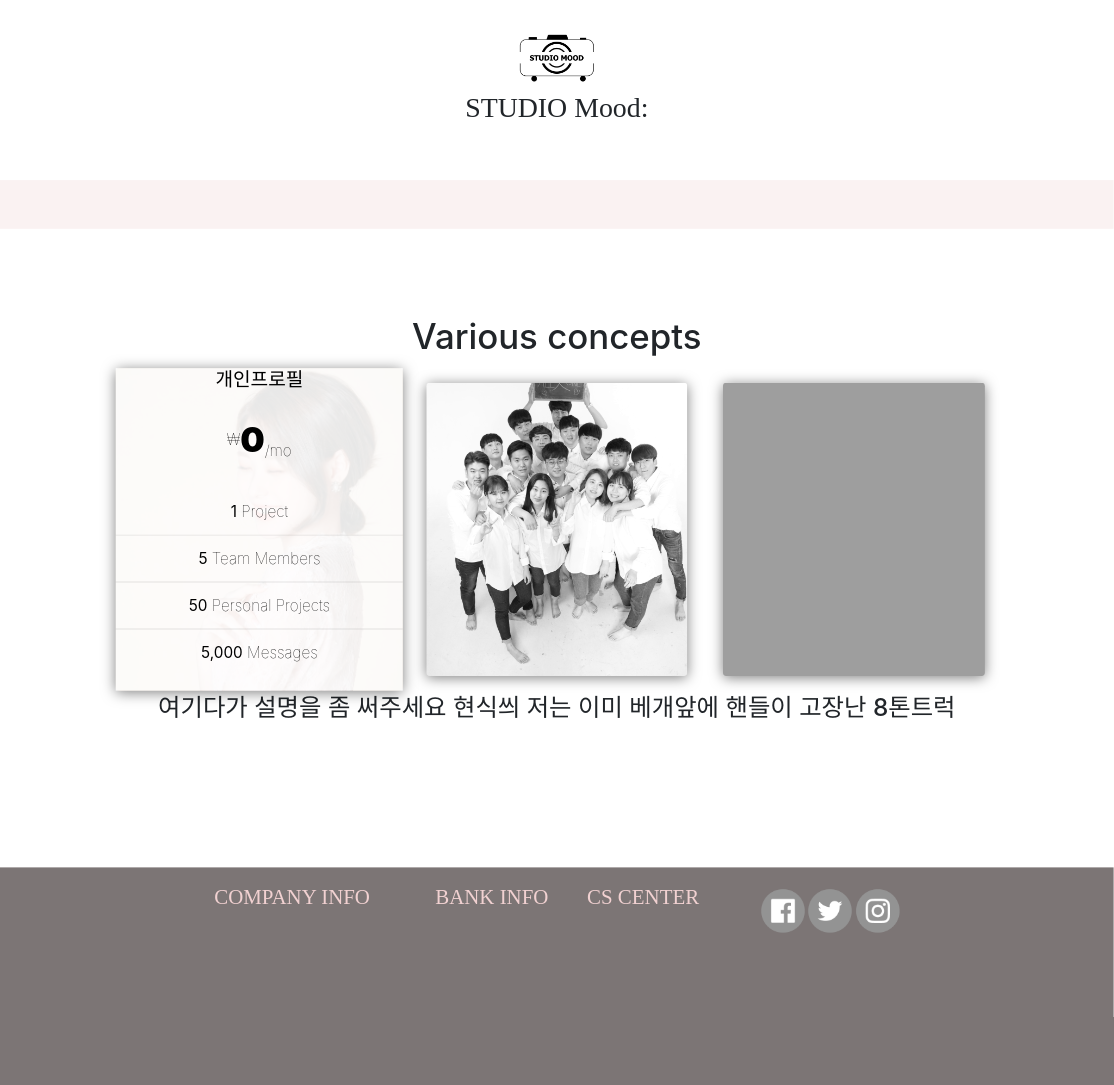
Repository: seugju/HSDsemi
Page: http://localhost/studioMood/views/product/product.jsp
These files come from the project's save history. The page is drawn as it stood at one moment and after the next save; the edit follows.
The browser window is 1280 px wide. The pictures show the whole page, at 87% of full size.
The pointer rests on the first visible `#indiv`.
Pictures or frames that could not be fetched are drawn as grey boxes. Some web fonts or font styles are not loaded; a fallback is used. The page is served by Tomcat 9. Other server files are loaded and not shown.

Above is the page before, as saved 2020-12-02 16:21:42.

### project-workspace/studioMood/WebContent/views/product/product.jsp
<%@ page language="java" contentType="text/html; charset=UTF-8"
    pageEncoding="UTF-8"%>
<!DOCTYPE html PUBLIC "-//W3C//DTD HTML 4.01 Transitional//EN" "http://www.w3.org/TR/html4/loose.dtd">
<html>
<head>
<meta http-equiv="Content-Type" content="text/html; charset=UTF-8">
<title>Insert title here</title>
</head>
<style>
	@import url('https://fonts.googleapis.com/css?family=Open+Sans');

* {
	box-sizing: border-box;
}

body {
	background-color: #f6f5f7;
	font-family: 'Open Sans', sans-serif;
	margin-bottom: 50px;
}

.text-center {
	text-align: center;
}

.pricing-box-container {
	display: flex;
	align-items: center;
	justify-content: center;
	flex-wrap: wrap;
}

.pricing-box {
	background-color: #ffffff;
	box-shadow: 0px 2px 15px 0px rgba(0,0,0,0.5);
	border-radius: 4px;
	flex: 1;
	padding: 0 30px 30px;
	margin: 2%;
	min-width: 250px;
	max-width: 350px;
}

.pricing-box h5 {
	text-transform: uppercase;
}

.price {
	margin: 24px 0;
	font-size: 36px;
	font-weight: 900;
}

.price sub, .price sup {
	font-size: 16px;
	font-weight: 100;
}

.features-list {
	padding: 0;
	list-style-type: none;
}

.features-list li {
	font-weight: 100;
	padding: 12px 0;
	font-weight: 100;
}

.features-list li:not(:last-of-type) {
	border-bottom: 1px solid rgba(0, 0, 0, 0.1);
}

.btn-primary {
	border-radius: 25px;
	border: none;
	background-color: #EC1362;
	color: #ffffff;
	cursor: pointer;
	padding: 10px 15px;
	margin-top: 20px;
	text-transform: uppercase;
	transition: all 0.1s ease-in-out;
}

.btn-primary:hover {
	box-shadow: 0px 2px 15px 0px rgba(0,0,0,0.5);
	transform: translateY(-3px);
}

.pricing-box-bg-image {
	background-image: url('');
	background-size: cover;
	background-position: center center;
	color: #ffffff;
}

.pricing-box-bg-image .features-list li {
	border-bottom-color: rgba(255, 255, 255, 1);
}

.pricing-box-bg-image .btn-primary {
	background-color: #ffffff;
	color: #000;
}


.explain-product{
	width:100%;
	height:100px;
	text-align:center;
}
.explain-product h2{

}
.explain-content{
	width:80vw;
	height:auto;
	padding-top:100px;
	padding-bottom:100px;
	margin-top:100px;
	margin-bottom:100px;
	margin:0 auto;

}
.features-list:hover{
	 -webkit-transform: scale(1.02);
          transform: scale(1.02);
}
.pricing-box:hover{
	 -webkit-transform: scale(1.1);
          transform: scale(1.1);
}
.pricing-box{
	-webkit-transition: all 0.4s ease-in-out;
  transition: all 0.4s ease-in-out;

}
.pricing-box h5,p,ul{
	opacity:0;
}


#indiv{
padding:0px;
background-image: url('/img/indivisual.jpg');
	background-size: cover;
   background-position: center center;
}
#group{
padding:0px;
background-image: url('/img/GROUP_PICTURE.jpg');
	background-size: cover;
   background-position: center center;
}
#body{
padding:0px;
background-image: url('/img/BODY_PROFILE.png');
	background-size: cover;
   background-position: center center;
}
.pricing-box:hover h5{
	opacity:1;
}
.pricing-box:hover p{
	opacity:1;
}
.pricing-box:hover ul{
	opacity:1;
}
.opacity-div{

	width:100%;
	height:337px;
	color: black;
}
#indiv:hover .opacity-div{
	background-color: rgba(255,255,255,0.9);
}
#group:hover .opacity-div{
	background-color: rgba(255,255,255,0.7);
}
#body:hover .opacity-div{
	background-color: rgba(255,255,255,0.7);
}
</style>
<body>
<%@ include file="/WEB-INF/views/common/header.jsp" %>

<div class="explain-content">
	<h1 class="text-center">
Various concepts
</h1>

<div class="pricing-box-container">
	<div id="indiv" class="pricing-box text-center">
	<div class="opacity-div">
		<h5>개인프로필</h5>
		<p class="price"><sup>₩</sup>0<sub>/mo</sub></p>
		<ul class="features-list">
			<li><strong>1</strong> Project</li>
			<li><strong>5</strong> Team Members</li>
			<li><strong>50</strong> Personal Projects</li>
			<li><strong>5,000</strong> Messages</li>
		</ul>
		</div>
	</div>

	<div id="group" class="pricing-box text-center">
	<div class="opacity-div">
		<h5>단체프로필</h5>
		<p class="price"><sup>₩</sup>10000</p>
		<ul class="features-list">
			<li><strong>1</strong> Project</li>
			<li><strong>5</strong> Team Members</li>
			<li><strong>50</strong> Personal Projects</li>
			<li><strong>5,000</strong> Messages</li>
		</ul>
		</div>
	</div>

	<div id="body" class="pricing-box text-center">
	<div class="opacity-div">
		<h5>바디프로필</h5>
		<p class="price"><sup>₩</sup>89<sub>/mo</sub></p>
		<ul class="features-list">
			<li><strong>25</strong> Project</li>
			<li><strong>50</strong> Team Members</li>
			<li><strong>500</strong> Personal Projects</li>
			<li><strong>50,000</strong> Messages</li>
		</ul>

	</div>
	</div>
	<div class="explain-product">
		<h3>여기다가 설명을 좀 써주세요 현식씌  저는 이미 베개앞에 핸들이 고장난 8톤트럭 </h3>
	</div>
</div>

</div>
<%@ include file="/WEB-INF/views/common/footer.jsp" %>
</body>

</html>

### project-workspace/studioMood/WebContent/WEB-INF/views/common/header.jsp
<%@page import="member.model.vo.Member"%>
<%@ page language="java" contentType="text/html; charset=UTF-8"
    pageEncoding="UTF-8"%>
    <%
    	Member m = (Member)session.getAttribute("loginMember");
    %>
<!DOCTYPE html PUBLIC "-//W3C//DTD HTML 4.01 Transitional//EN" "http://www.w3.org/TR/html4/loose.dtd">
<html>
<head>
<meta http-equiv="Content-Type" content="text/html; charset=UTF-8">
<title>Insert title here</title>

<script type="text/javascript" src="http://code.jquery.com/jquery-3.3.1.js"></script>
    <link rel="stylesheet" href="https://maxcdn.bootstrapcdn.com/bootstrap/4.5.2/css/bootstrap.min.css">
    <script src="https://ajax.googleapis.com/ajax/libs/jquery/3.5.1/jquery.min.js"></script>
    <script src="https://cdnjs.cloudflare.com/ajax/libs/popper.js/1.16.0/umd/popper.min.js"></script>
    <script src="https://maxcdn.bootstrapcdn.com/bootstrap/4.5.2/js/bootstrap.min.js"></script>

     <style>
    	 @font-face {
            font-family: 'S-CoreDream-4Regular';
            src: url('https://cdn.jsdelivr.net/gh/projectnoonnu/noonfonts_six@1.2/S-CoreDream-4Regular.woff') format('woff');
            font-weight: normal;
            font-style: normal;
        }

		@font-face {
		    font-family: 'Cafe24Danjunghae';
		    src: url('https://cdn.jsdelivr.net/gh/projectnoonnu/noonfonts_twelve@1.1/Cafe24Danjunghae.woff') format('woff');
		    font-weight: normal;
		    font-style: normal;
		}

		@font-face {
		    font-family: 'KCC-eunyoung';
		    src: url('https://cdn.jsdelivr.net/gh/projectnoonnu/noonfonts_one@1.0/KCC-eunyoung-Regular.woff') format('woff');
		    font-weight: normal;
		    font-style: normal;
		}
        header{
            width: 100vw;
            z-index: 0;
        }

        .navbar {
            display: block;
            background-color: #faf2f2;
            margin: 0 auto;
            z-index : 2;
        }

        .logo {
            margin: 0 auto;
            width: 500px;
            text-align: center;
        }
        .logo >h2{
         	font-family: 'Cafe24Danjunghae';
         }

        .logo>p{
        	 font-family: 'KCC-eunyoung';
        	 font-size: 20pt;
        }

        .navi-menu,
        .navi-menu-top {
            /* menu ul */
            list-style: none;
            text-align: center;

        }

        .navi-menu-top {
            float: right;
        }

        .navi-menu {
            margin: 0 auto;
            width: 680px;
            height: 40px;
        }

        .navi-menu>li {
            width: 125px;
            margin: 0 auto;
        }

        .navi-menu li>a {
            width: 100%;
            height: 30px;
            box-sizing: border-box;
            text-align: center;
            display: block;
            float: left;
        }
        .nav-link {
            color: #373a40;
            font-weight: bold;

        }
        .nav-link:hover{
        	color:#f1d1d1  ;
        }


        .navi-menu-top {
            display: inline-block;
        }

        .nav-top {
     	   	font-family: 'S-CoreDream-4Regular';
            width: 1200px;
            float: right;
            padding-right: 30px;
        }

        .navi-menu-top li {
            width: 80px;
            height: 30px;
            float: left;
        }

        .navi-menu-top li>a {
            width: 100%;
            height: 100%;
            display: inline-block;
            font-size: 9pt;
            line-height: 30px;
            color: #373a40;
        }
        .subMenu {
            margin-top: 10px;
            padding: 0;
            list-style-type: none;
            display :none;
             z-index : 1;
        }

		.subMenu>li {
            background-color: rgba(250,242,242,0.8);
        }

        .subMenu li>a {
            margin: 0;
            padding: 0;
            font-size: 10pt;
            display: inline-block;
            width: 125px;
            float: none;
            color: #373a40;

            /*transition-duration: 1s;*/
        }

        .subMenu>li:first-child>a {
            margin-top: 20px;
       	 }

           a{
		      text-decoration: none;
		      color:black;
		   }
		   a:hover{
		      text-decoration: none;
		      color:#e6d1d8;
		   }

        .subMenu{
            margin: 0;
            padding: 0;
            list-style-type: none;
            transition-duration: 2s;
        }
        .subMenu li>a{
            margin: 0;
            padding: 0;
            display: inline-block;
            width: 125px;
            float: none;
        }
        .subMenu>li:first-child>a {
            margin-top: 30px;
        }
        .subMenu li>a:hover {
       		color:#968c83;
           font-weight: bold;
        }

    </style>

        <script>
         $(document).ready(function() {
            var subMenu = $(".subMenu");
            subMenu.hide();
            var navMenu = $(".navi-menu>li>a");
            var idx = navMenu.index();

             $(".navi-menu>li>a").click(function() {
                $(this).next().stop().slideToggle(300);
            });


        });


    </script>
</head>
<body>

     <div class="nav-top">
     <%if(m != null) { //로그인 된 상태%>
     	<ul class="navbar-nav navi-menu-top" id="login-nav">
            <li>
                <a class="nav-top-link" href="/logout">로그아웃</a>
            </li>
            <li>
            <%if(m.getMemberLevel() == 0) {%>
                <a class="nav-top-link" href="/adminPage">관리자페이지</a>
            <%}else{ %>
                <a class="nav-top-link" href="/myPage?memberId=<%=m.getMemberId()%>">마이페이지</a>
            <%} %>
            </li>
        </ul>
     <%}else { %>
     	<ul class="navbar-nav navi-menu-top" id="logout-nav">
            <li>
                <a class="nav-top-link" href="/views/member/login.jsp">로그인</a>
            </li>
            <li>
                <a class="nav-top-link" href="/views/member/join.jsp">회원가입</a>
            </li>
        </ul>
     <%} %>
    </div>

    <div class="container-fluid">
        <br>
        <div class="logo">
            <img src="/img/logo.png" width="100px;" onclick="location.href = '/'">
            <h2>STUDIO Mood:</h2>
            <p>감성을 담는 사진관 </p>
        </div>
    </div>

   <nav class="navbar navbar-expand-sm sticky-top">
        <ul class="navbar-nav navi-menu">
            <li class="nav-item">
                <a class="nav-link" href="#">about</a>

                <ul class="subMenu">
                    <li><a class="nav-link sub-nav-item" href="/about">studio 'mood'</a></li>

                </ul>
            </li>
            <li class="nav-item">
                <a class="nav-link" href="/views/product/product.jsp">product</a>
            </li>
            <li class="nav-item">
                <a class="nav-link" href="#">gallery</a>
                <ul class="subMenu">
                    <li><a class="nav-link sub-nav-item" href="#">개인프로필</a></li>
                    <li><a class="nav-link sub-nav-item" href="#">바디프로필</a></li>
                    <li><a class="nav-link sub-nav-item" href="#">단체프로필</a></li>
                </ul>
            </li>
            <li class="nav-item">
                <a class="nav-link" href="#">reservation</a>
                <ul class="subMenu">
                    <li><a class="nav-link sub-nav-item" href="/test">예약</a></li>
                    <li><a class="nav-link sub-nav-item" href="/searchReserve">예약확인</a></li>
                </ul>
            </li>
            <li class="nav-item">
                <a class="nav-link" href="#">board</a>
                <ul class="subMenu">
                    <li><a class="nav-link sub-nav-item" href="/noticeList?reqPage=1">공지사항</a></li>
                    <li><a class="nav-link sub-nav-item" href="/qnaList?reqPage=1">QnA</a></li>
                    <li><a class="nav-link sub-nav-item" href="/postList?reqPage=1">후기</a></li>
                    <li><a class="nav-link sub-nav-item" href="/faqList?reqPage=1">FAQ</a></li>
                </ul>
            </li>
        </ul>
    </nav>


</body>
</html>

### project-workspace/studioMood/WebContent/WEB-INF/views/common/footer.jsp
<%@ page language="java" contentType="text/html; charset=UTF-8"
    pageEncoding="UTF-8"%>
<!DOCTYPE html PUBLIC "-//W3C//DTD HTML 4.01 Transitional//EN" "http://www.w3.org/TR/html4/loose.dtd">
<html>
<head>
<meta http-equiv="Content-Type" content="text/html; charset=UTF-8">
<title>Insert title here</title>

<style>
		 @font-face {
            font-family: 'S-CoreDream-4Regular';
            src: url('https://cdn.jsdelivr.net/gh/projectnoonnu/noonfonts_six@1.2/S-CoreDream-4Regular.woff') format('woff');
            font-weight: normal;
            font-style: normal;
        }

        @font-face {
            font-family: 'S-CoreDream-5Medium';
            src: url('https://cdn.jsdelivr.net/gh/projectnoonnu/noonfonts_six@1.2/S-CoreDream-5Medium.woff') format('woff');
            font-weight: normal;
            font-style: normal;
        }
        .footer{
            background-color: rgb(124, 117, 117);
            text-align: center;

            height: 250px;
            margin: 0;
            padding: 0;
            z-index: 0;
        }
        .footerBox{
            margin: 20px;
            text-align: left;
            display: inline-block
        }
        .footerBox >h2{
       		font-family: 'S-CoreDream-5Medium';
            color: rgb(241, 209, 209);
            font-size: 18pt;
        }
        .footerBox>p{
        	font-family: 'S-CoreDream-4Regular';
        	font-size: 9pt;
            color: rgb(241, 238, 238);
        }
        .footer-top,
        .footer-bottom{
        	margin : 0 auto;
            width: 1198px;
        }
        .footer-bottom>p{
          color: rgba(241, 238, 238, 0.8);
          font-size: 10pt;
        }
        .icon{

        }
        .icon>img{

            width: 50px;
        }
    </style>
</head>
<body>
 <footer>
       <div class="footer">
           <div class="footer-top">
                <div class="footerBox company-info" width:310px;>
                <h2>COMPANY INFO</h2>
                <p>
                    Company : 스튜디오무드 <br>
                    Business-License : 888-999-33333<br>
                    Tel: 02-3333-5555<br>
                    Email : mood_studio@gmail.com<br>
                    Addr : 서울특별시 강남구 사진관로 34번길<br>
                </p>
            </div>
            <div class="footerBox bank-info" width:180px;>
                <h2>BANK INFO</h2>
                <p>
                    농협 : 333-8888-5555-44 <br>
                    국민 : 888999-01-33333<br><br>
                    예금주: 스튜디오 분위기<br><br>

                </p>
            </div>
            <div class="footerBox cs" width:230px;>
                <h2>CS CENTER</h2>
                <p>
                    tel : 010-2222-5555 <br>
                    mail : mood_studio@gmail.com<br><br><br><br>
                </p>
            </div>
           <div class="footerBox icon" width:130px;>
               <img src="/img/Facebook_1.png">
               <img src="/img/Twitter_1.png">
               <img src="/img/Instagram_1.png">
               <p><br><br><br><br></p>
           </div>
           </div>

            <div class="footer-bottom">
                <p>Copyright &copy; 2020 by Studiomood All Right Reserved</p>
            </div>

       </div>

   </footer>

</body>
</html>

After the next save:
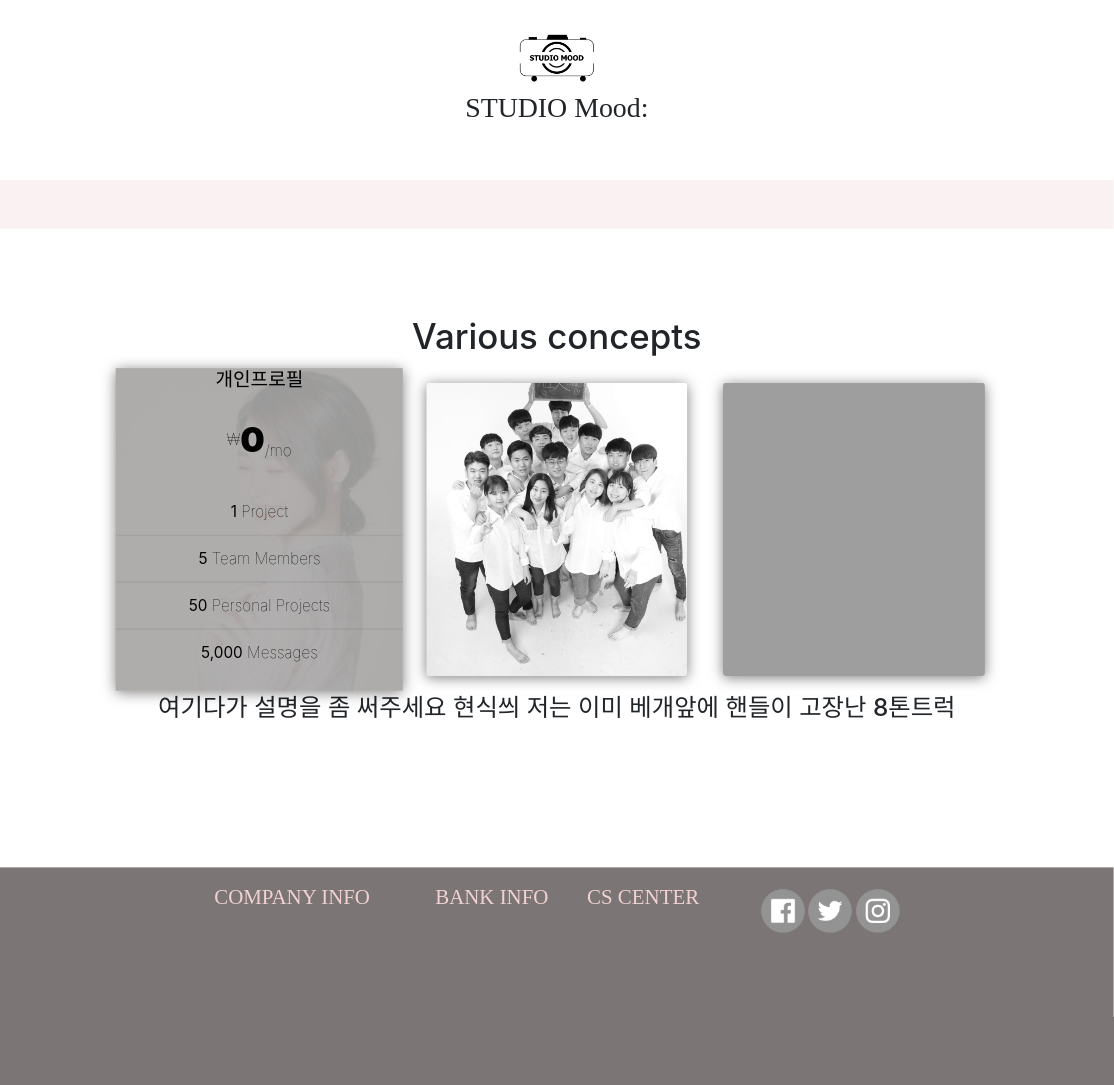
Saved 73 s later.
--- a/project-workspace/studioMood/WebContent/views/product/product.jsp
+++ b/project-workspace/studioMood/WebContent/views/product/product.jsp
@@ -175,7 +175,7 @@ background-image: url('/img/BODY_PROFILE.png');
 	color: black;
 }
 #indiv:hover .opacity-div{
-	background-color: rgba(255,255,255,0.9);
+	background-color: rgba(169,169,169,0.9);
 }
 #group:hover .opacity-div{
 	background-color: rgba(255,255,255,0.7);
